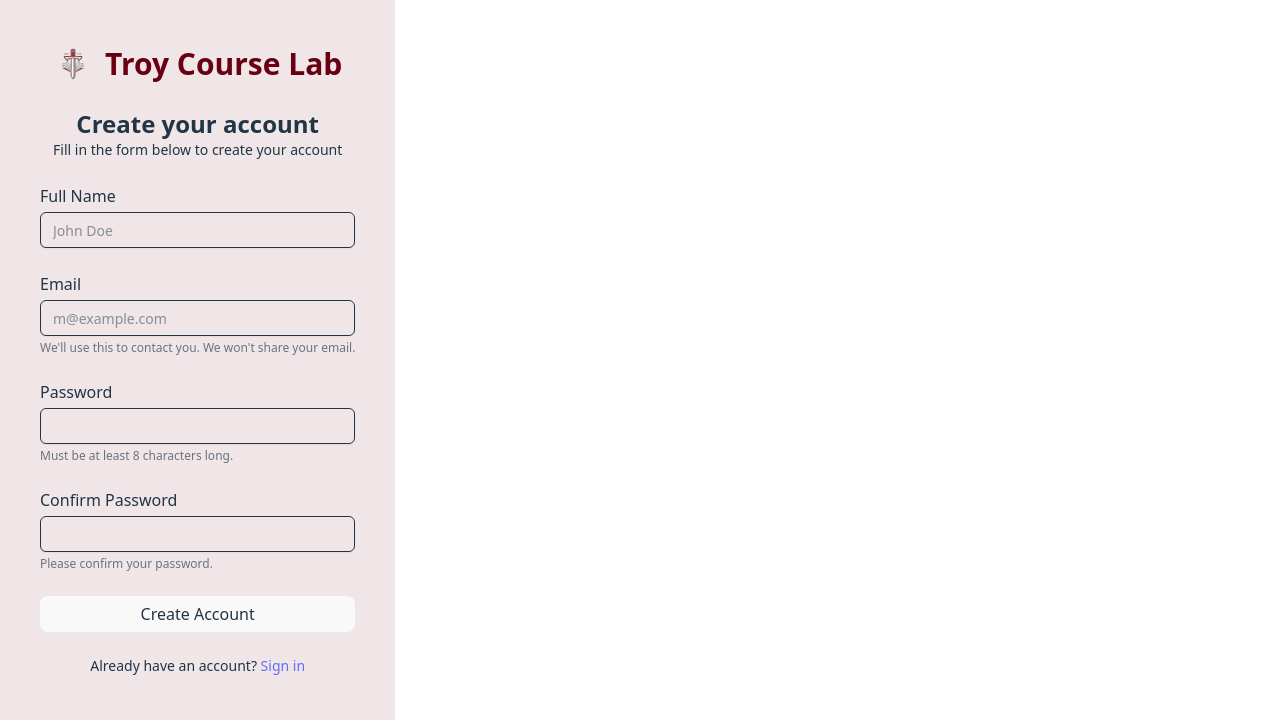
Repository: toilatrung/auth-ui-kit
Page: /register
The author's editor kept a copy of each file at every save. The page is drawn from the files as they stood at one save, then again after the next save.
The browser window is 1280 px wide. The pictures show the whole page.
The project was rebuilt for these pictures with package versions that can differ from the ones it lists, and the page was loaded fresh each time. Also part of the build but not shown: vite.config.ts, src/pages/LoginPage.tsx.

Above is the page before, as saved 2025-11-01 17:30:48.

### index.html
<!doctype html>
<html lang="vi">
  <head>
    <meta charset="UTF-8" />
    <link rel="icon" type="image/svg+xml" href="/troy_logo.svg" />
    <meta name="viewport" content="width=device-width, initial-scale=1.0" />
    <title>features_lib</title>
  </head>
  <body>
    <div id="root"></div>
    <script type="module" src="/src/main.tsx"></script>
  </body>
</html>

### src/App.tsx
import LoginPage from "./pages/LoginPage";
import RegisterPage from "./pages/RegisterPage";
import { BrowserRouter, Routes, Route } from "react-router-dom";

{/* TEST FEATURES */}
function App() {
  return (
    <>
      <BrowserRouter>
        <Routes>
          <Route
            path="/login"
            element={<LoginPage />}
          />
          <Route
            path="/register"
            element={<RegisterPage />}
          />
        </Routes>
      </BrowserRouter>
    </>
  )
}

export default App

### src/pages/RegisterPage.tsx
import { RegisterForm } from "@/components/auth/register-form"

const RegisterPage = () => {
  return (
    <div className="flex min-h-screen bg-[#680011]">
      {/* Phần form chiếm toàn bộ chiều cao, nằm bên phải */}
      <div className="flex flex-col justify-center items-center w-full max-w-md ml-auto bg-white/90 p-10">
        {/* Logo + Title */}
        <div className="flex items-center justify-center gap-3 mb-6">
          <img
            src="/tcl_logo.svg"
            alt="Troy Logo"
            className="h-10 w-10"
          />
          <span className="text-3xl font-semibold text-[#680011]">
            Troy Course Lab
          </span>
        </div>

        {/* Form */}
        <RegisterForm />
      </div>
    </div>
  )
}

export default RegisterPage

### src/components/auth/register-form.tsx
import { z } from "zod"
import { useForm } from "react-hook-form"
import { zodResolver } from "@hookform/resolvers/zod"
import { cn } from "@/lib/utils"
import { Button } from "@/components/ui/button"
import { Input } from "@/components/ui/input"

const formSchema = z
  .object({
    name: z.string().min(1, "Full name is required"),
    email: z.string().email("Invalid email address"),
    password: z.string().min(8, "Password must be at least 8 characters"),
    confirmPassword: z.string().min(8, "Please confirm your password"),
  })
  .refine((data) => data.password === data.confirmPassword, {
    message: "Passwords do not match",
    path: ["confirmPassword"],
  })

type FormData = z.infer<typeof formSchema>

export function RegisterForm({ className, ...props }: React.ComponentProps<"form">) {
  const {
    register,
    handleSubmit,
    formState: { errors },
  } = useForm<FormData>({
    resolver: zodResolver(formSchema),
  })

  const onSubmit = (data: FormData) => {
    console.log("Form submitted:", data)
  }

  return (
    <form
      onSubmit={handleSubmit(onSubmit)}
      className={cn("flex flex-col gap-6 max-w-md mx-auto", className)}
      {...props}
    >
      <div className="text-center">
        <h2 className="text-2xl font-bold">Create your account</h2>
        <p className="text-muted-foreground text-sm">
          Fill in the form below to create your account
        </p>
      </div>

      <div className="flex flex-col gap-1">
        <label htmlFor="name" className="font-medium">Full Name</label>
        <Input id="name" type="text" placeholder="John Doe" {...register("name")} />
        {errors.name && <p className="text-sm text-red-500">{errors.name.message}</p>}
      </div>

      <div className="flex flex-col gap-1">
        <label htmlFor="email" className="font-medium">Email</label>
        <Input id="email" type="email" placeholder="m@example.com" {...register("email")} />
        {errors.email && <p className="text-sm text-red-500">{errors.email.message}</p>}
        <p className="text-xs text-gray-500">
          We&apos;ll use this to contact you. We won&apos;t share your email.
        </p>
      </div>

      <div className="flex flex-col gap-1">
        <label htmlFor="password" className="font-medium">Password</label>
        <Input id="password" type="password" {...register("password")} />
        {errors.password && <p className="text-sm text-red-500">{errors.password.message}</p>}
        <p className="text-xs text-gray-500">Must be at least 8 characters long.</p>
      </div>

      <div className="flex flex-col gap-1">
        <label htmlFor="confirmPassword" className="font-medium">Confirm Password</label>
        <Input id="confirmPassword" type="password" {...register("confirmPassword")} />
        {errors.confirmPassword && (
          <p className="text-sm text-red-500">{errors.confirmPassword.message}</p>
        )}
        <p className="text-xs text-gray-500">Please confirm your password.</p>
      </div>

      <Button type="submit">Create Account</Button>

      <p className="text-center text-sm">
        Already have an account? <a href="#" className="text-blue-500">Sign in</a>
      </p>
    </form>
  )
}

### src/components/ui/button.tsx
import * as React from "react"
import { Slot } from "@radix-ui/react-slot"
import { cva, type VariantProps } from "class-variance-authority"

import { cn } from "@/lib/utils"

const buttonVariants = cva(
  "inline-flex items-center justify-center gap-2 whitespace-nowrap rounded-md text-sm font-medium transition-all disabled:pointer-events-none disabled:opacity-50 [&_svg]:pointer-events-none [&_svg:not([class*='size-'])]:size-4 shrink-0 [&_svg]:shrink-0 outline-none focus-visible:border-ring focus-visible:ring-ring/50 focus-visible:ring-[3px] aria-invalid:ring-destructive/20 dark:aria-invalid:ring-destructive/40 aria-invalid:border-destructive",
  {
    variants: {
      variant: {
        default: "bg-primary text-primary-foreground hover:bg-primary/90",
        destructive:
          "bg-destructive text-white hover:bg-destructive/90 focus-visible:ring-destructive/20 dark:focus-visible:ring-destructive/40 dark:bg-destructive/60",
        outline:
          "border bg-background shadow-xs hover:bg-accent hover:text-accent-foreground dark:bg-input/30 dark:border-input dark:hover:bg-input/50",
        secondary:
          "bg-secondary text-secondary-foreground hover:bg-secondary/80",
        ghost:
          "hover:bg-accent hover:text-accent-foreground dark:hover:bg-accent/50",
        link: "text-primary underline-offset-4 hover:underline",
      },
      size: {
        default: "h-9 px-4 py-2 has-[>svg]:px-3",
        sm: "h-8 rounded-md gap-1.5 px-3 has-[>svg]:px-2.5",
        lg: "h-10 rounded-md px-6 has-[>svg]:px-4",
        icon: "size-9",
        "icon-sm": "size-8",
        "icon-lg": "size-10",
      },
    },
    defaultVariants: {
      variant: "default",
      size: "default",
    },
  }
)

function Button({
  className,
  variant,
  size,
  asChild = false,
  ...props
}: React.ComponentProps<"button"> &
  VariantProps<typeof buttonVariants> & {
    asChild?: boolean
  }) {
  const Comp = asChild ? Slot : "button"

  return (
    <Comp
      data-slot="button"
      className={cn(buttonVariants({ variant, size, className }))}
      {...props}
    />
  )
}

export { Button, buttonVariants }

### src/components/ui/input.tsx
import * as React from "react"

import { cn } from "@/lib/utils"

function Input({ className, type, ...props }: React.ComponentProps<"input">) {
  return (
    <input
      type={type}
      data-slot="input"
      className={cn(
        "file:text-foreground placeholder:text-muted-foreground selection:bg-primary selection:text-primary-foreground dark:bg-input/30 border-input h-9 w-full min-w-0 rounded-md border bg-transparent px-3 py-1 text-base shadow-xs transition-[color,box-shadow] outline-none file:inline-flex file:h-7 file:border-0 file:bg-transparent file:text-sm file:font-medium disabled:pointer-events-none disabled:cursor-not-allowed disabled:opacity-50 md:text-sm",
        "focus-visible:border-ring focus-visible:ring-ring/50 focus-visible:ring-[3px]",
        "aria-invalid:ring-destructive/20 dark:aria-invalid:ring-destructive/40 aria-invalid:border-destructive",
        className
      )}
      {...props}
    />
  )
}

export { Input }

Loaded but not shown: src/main.tsx (common file); src/index.css (common file); src/lib/utils.ts (common file)

After the next save:
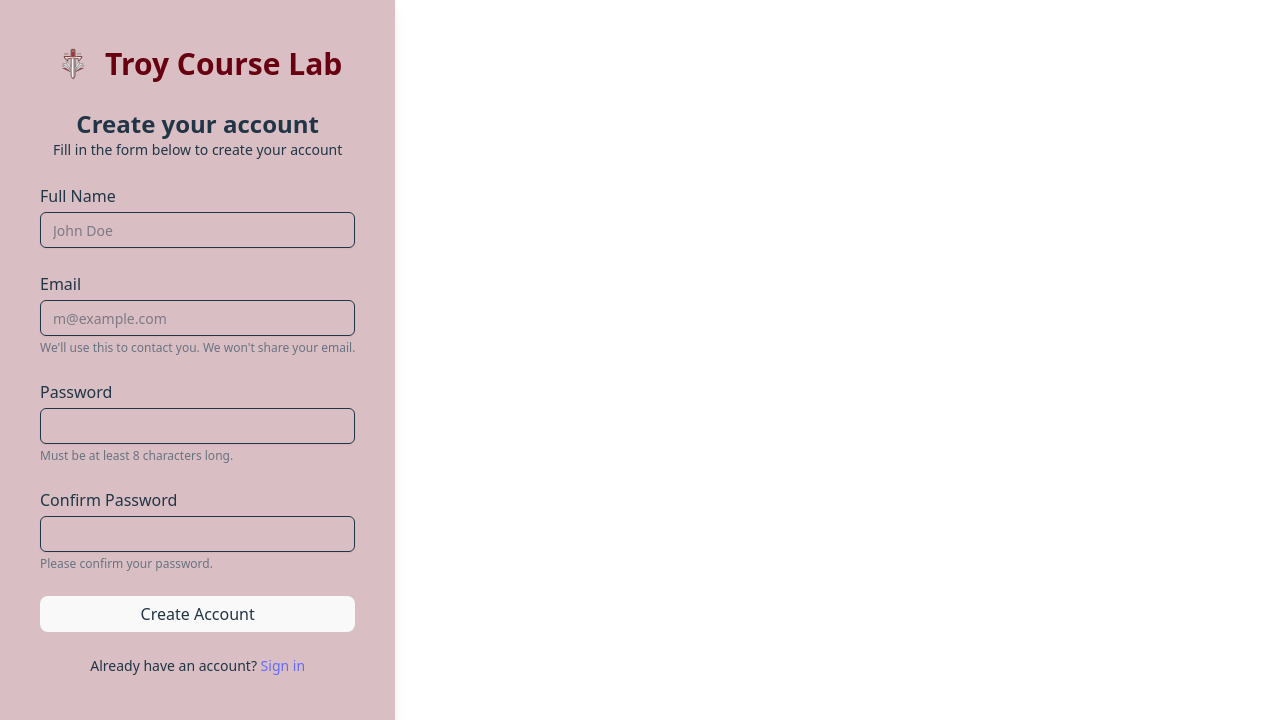
Saved 47 s later.
--- a/src/pages/RegisterPage.tsx
+++ b/src/pages/RegisterPage.tsx
@@ -4,7 +4,7 @@
   return (
     <div className="flex min-h-screen bg-[#680011]">
       {/* Phần form chiếm toàn bộ chiều cao, nằm bên phải */}
-      <div className="flex flex-col justify-center items-center w-full max-w-md ml-auto bg-white/90 p-10">
+      <div className="flex flex-col justify-center items-center w-full max-w-md ml-auto bg-white/75 backdrop-blur-sm p-10 shadow-lg">
         {/* Logo + Title */}
         <div className="flex items-center justify-center gap-3 mb-6">
           <img
